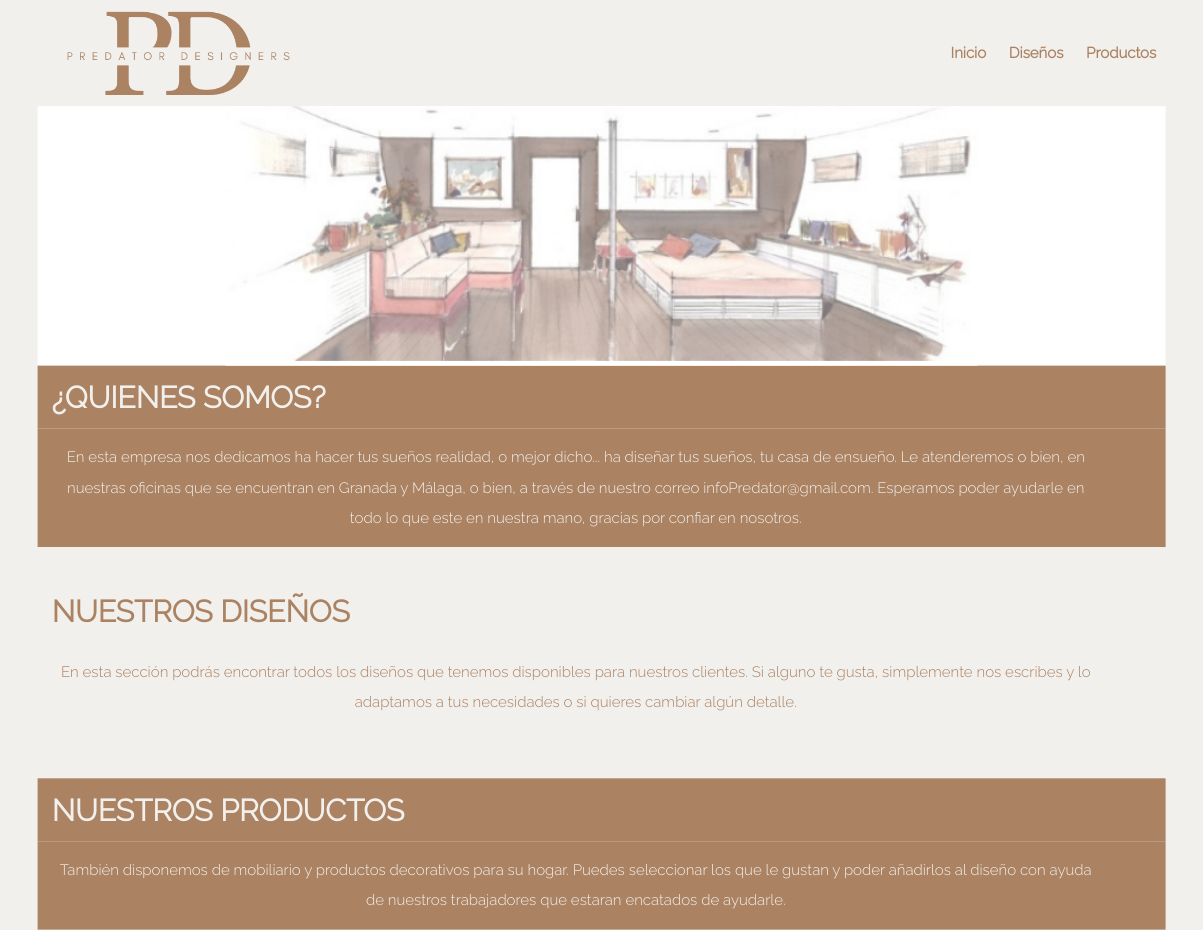
Repository: judiith-mf/dise-oInterior
Page: index.html
The author's editor kept a record of every edit. The page is drawn from the files as they stood at one moment, then again after the next edit.
The browser window is 1280 px wide. The pictures show the whole page, at 94% of full size.

Above is the page before.

After the next edit:
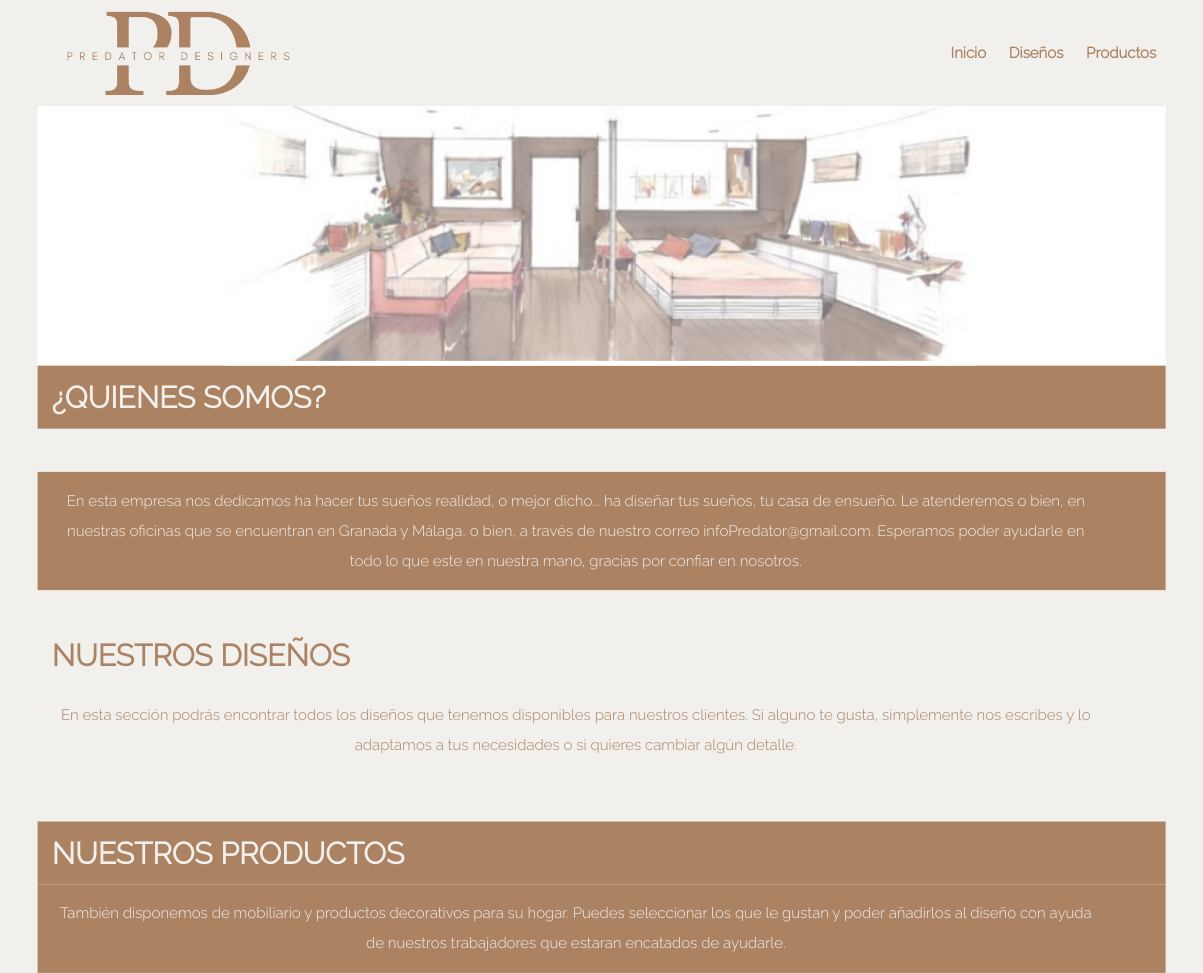
The edit:
--- a/index.html
+++ b/index.html
@@ -32,6 +32,7 @@
             <div class="contenido">
 
                 <h1 class="marron" id="h1_marron">¿QUIENES SOMOS?</h1>
+                <span class="material-symbols-outlined">add_circle</span>
 
                 <div class="marron">
                     <div class="marron_texto">

After the 2 edits that followed:
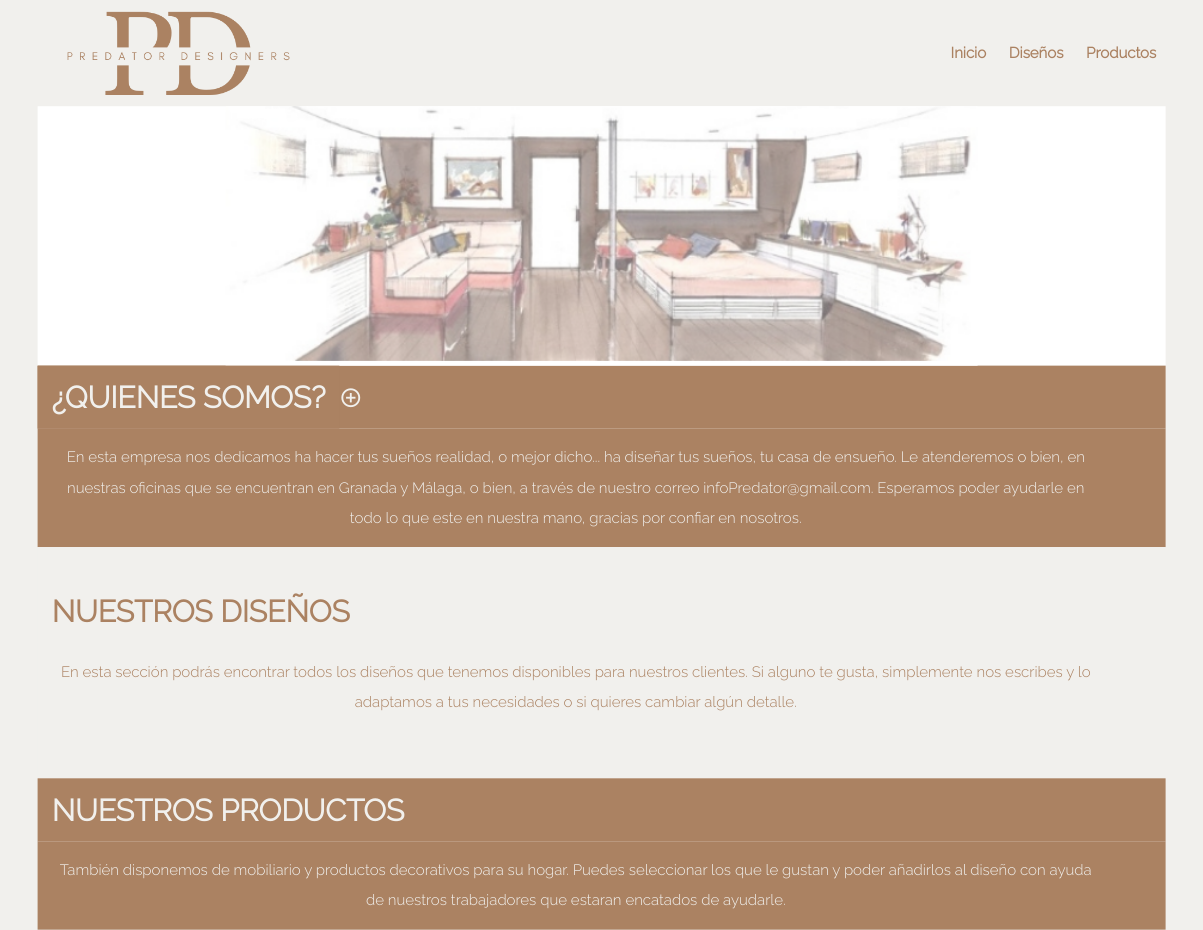
The 2 edits are shown as one change because 1 left the picture as it was.
The edit:
--- a/index.html
+++ b/index.html
@@ -30,9 +30,11 @@
 
 
             <div class="contenido">
+                <div class="info">
+                    <h1 class="marron" id="h1_marron">¿QUIENES SOMOS?</h1>
+                    <span class="material-symbols-outlined">add_circle</span>
+                </div>
 
-                <h1 class="marron" id="h1_marron">¿QUIENES SOMOS?</h1>
-                <span class="material-symbols-outlined">add_circle</span>
 
                 <div class="marron">
                     <div class="marron_texto">
